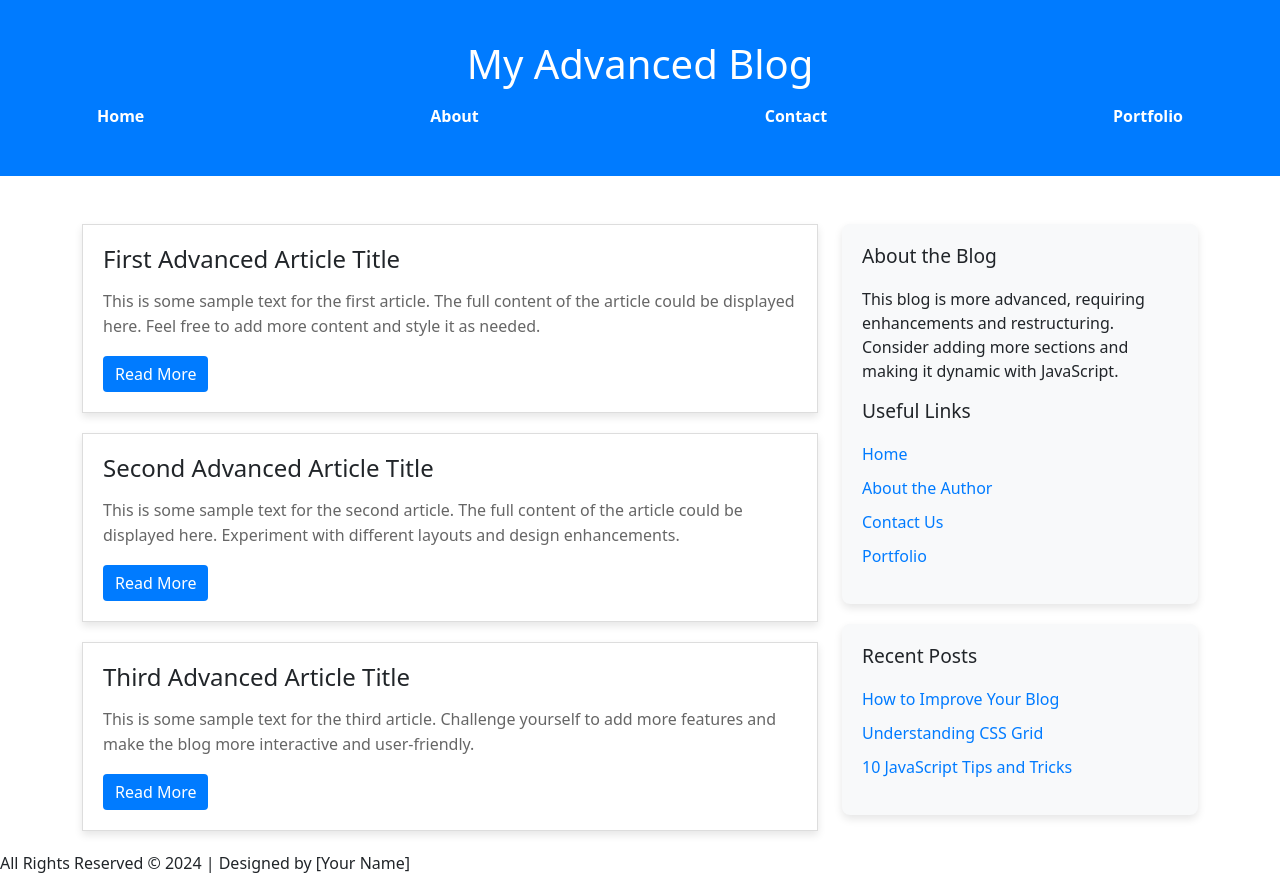
Repository: zeinawady/Blog-Code-Refactoring
Page: index.html
An editor plug-in stored every save of this project. The page is shown before and after the next save, followed by the edit.
The browser window is 1280 px wide. The pictures show the whole page.

Above is the page before, as saved 2024-09-23 14:15:18.

### index.html
<!DOCTYPE html>
<html lang="en">
  <head>
    <meta charset="UTF-8" />
    <meta name="viewport" content="width=device-width, initial-scale=1.0" />
    <title>My Advanced Blog</title>
    <link rel="stylesheet" href="style.css">
    <link
      href="https://cdn.jsdelivr.net/npm/bootstrap@5.1.3/dist/css/bootstrap.min.css"
      rel="stylesheet"
    />

  </head>
  <body>
    <header>
      <h1>My Advanced Blog</h1>
    <nav class="navbar">
      <div class="container">
        <a href="#" >Home</a>
        <a href="#">About</a>
        <a href="#" >Contact</a>
        <a href="#">Portfolio</a>

      </div>

    </nav>

    </header>

    <div class="container mt-5">
      <div class="row">
        <div class="col-lg-8">
          <article>
            <h2>First Advanced Article Title</h2>
            <p>
              This is some sample text for the first article. The full content
              of the article could be displayed here. Feel free to add more
              content and style it as needed.
            </p>
            <button class="btn btn-primary">Read More</button>
          </article>
          <article>
            <h2>Second Advanced Article Title</h2>
            <p>
              This is some sample text for the second article. The full content
              of the article could be displayed here. Experiment with different
              layouts and design enhancements.
            </p>
            <button class="btn btn-primary">Read More</button>
          </article>
          <article>
            <h2>Third Advanced Article Title</h2>
            <p>
              This is some sample text for the third article. Challenge yourself
              to add more features and make the blog more interactive and
              user-friendly.
            </p>
            <button class="btn btn-primary">Read More</button>
          </article>
        </div>
        <div class="col-md-4">
          <aside>
            <h3>About the Blog</h3>
            <p>
              This blog is more advanced, requiring enhancements and
              restructuring. Consider adding more sections and making it dynamic
              with JavaScript.
            </p>
            <h3>Useful Links</h3>
            <ul>
              <li><a href="#">Home</a></li>
              <li><a href="#">About the Author</a></li>
              <li><a href="#">Contact Us</a></li>
              <li><a href="#">Portfolio</a></li>
            </ul>
          </aside>
          <aside>
            <h3>Recent Posts</h3>
            <ul>
              <li><a href="#">How to Improve Your Blog</a></li>
              <li><a href="#">Understanding CSS Grid</a></li>
              <li><a href="#">10 JavaScript Tips and Tricks</a></li>
            </ul>
          </aside>
        </div>
      </div>
    </div>

    <footer>
      <p>All Rights Reserved © 2024 | Designed by [Your Name]</p>
    </footer>

    <script src="https://cdn.jsdelivr.net/npm/bootstrap@5.1.3/dist/js/bootstrap.bundle.min.js"></script>
  </body>
</html>

### style.css
body {
    font-family: Arial, sans-serif;
    background-color: #f4f4f9;
  }
  header {
    background-color: #007bff;
    color: white;
    padding: 40px 0;
    text-align: center;
    position: relative;
  }
  header::after {
    content: "";
    position: absolute;
    bottom: -20px;
    left: 50%;
    transform: translateX(-50%);
    width: 100px;
    height: 5px;
    background-color: white;
  }
  /* nav {
    display: flex;
    justify-content: center;
    margin-top: 20px;
  } */
  nav a {
    color: white;
    margin: 0 15px;
    text-decoration: none;
    font-weight: bold;
  }
  nav a:hover {
    text-decoration: underline;
  }
  article {
    border: 1px solid #ddd;
    margin-bottom: 20px;
    padding: 20px;
    background-color: white;
    box-shadow: 0 4px 8px rgba(0, 0, 0, 0.1);
    transition: transform 0.3s ease, box-shadow 0.3s ease;
  }
 artcile:hover {
    transform: translateY(-5px);
    box-shadow: 0 8px 16px rgba(0, 0, 0, 0.2);
  }
  article h2 {
    font-size: 1.5rem;
    margin-bottom: 15px;
  }
  article p {
    color: #666;
    line-height: 1.6;
  }
  article .btn-primary {
    background-color: #007bff;
    border: none;
  }
  article .btn-primary:hover {
    background-color: #0056b3;
  }
  aside {
    background-color: #f8f9fa;
    padding: 20px;
    border-radius: 8px;
    box-shadow: 0 4px 8px rgba(0, 0, 0, 0.1);
    margin-bottom: 20px;
  }
  aside h3 {
    margin-bottom: 20px;
    font-size: 1.2rem;
  }
  aside ul {
    list-style-type: none;
    padding-left: 0;
  }
  aside ul li {
    margin-bottom: 10px;
  }
  aside ul li a {
    color: #007bff;
    text-decoration: none;
  }
  aside ul li a:hover {
    text-decoration: underline;
  }
  .footer {
    background-color: #343a40;
    color: white;
    text-align: center;
    padding: 20px;
    margin-top: 40px;
  }
  .footer p {
    margin: 0;
  }

After the next save:
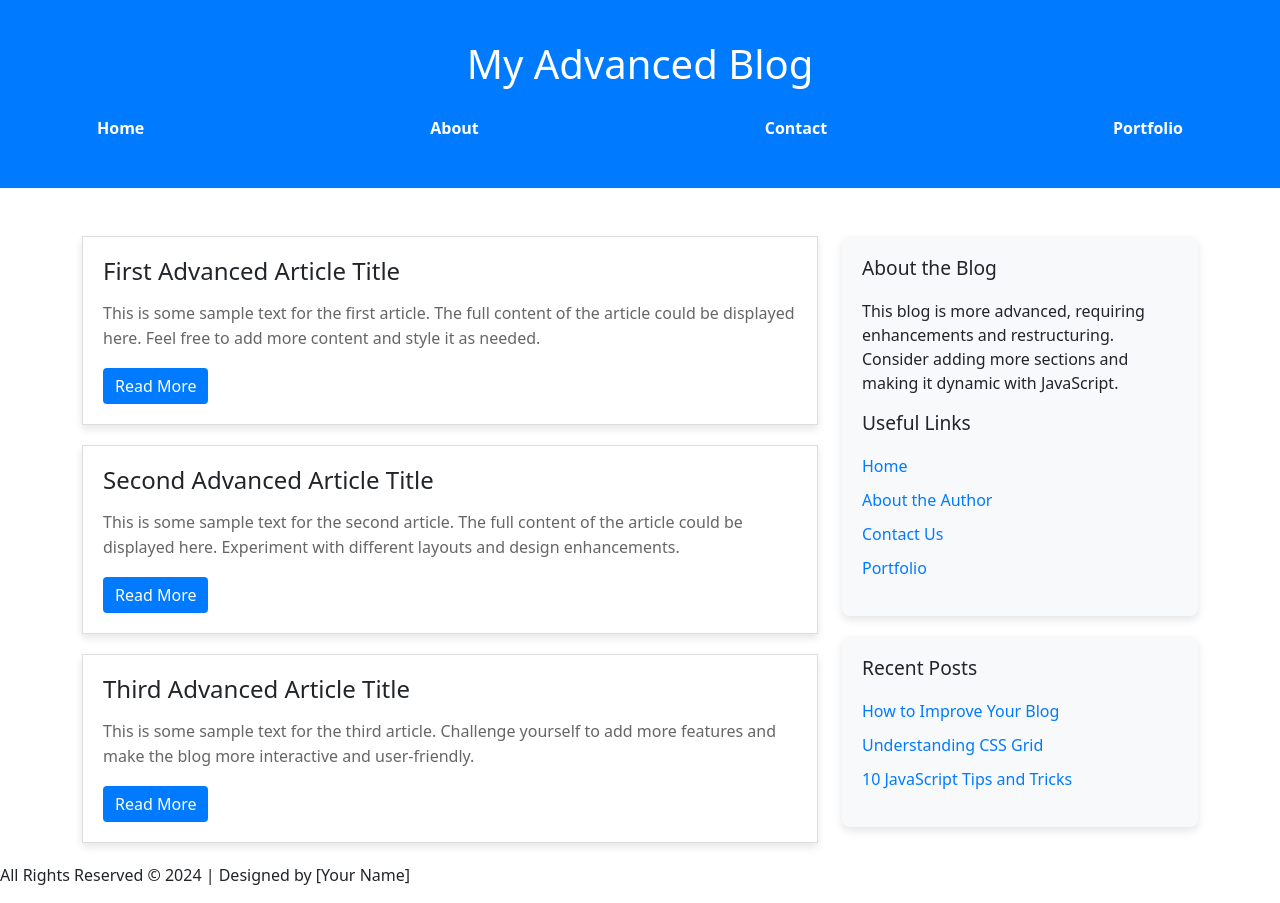
Saved 6 s later.
--- a/style.css
+++ b/style.css
@@ -19,11 +19,11 @@
     height: 5px;
     background-color: white;
   }
-  /* nav {
+  nav {
     display: flex;
     justify-content: center;
     margin-top: 20px;
-  } */
+  }
   nav a {
     color: white;
     margin: 0 15px;

After the 3 saves that followed:
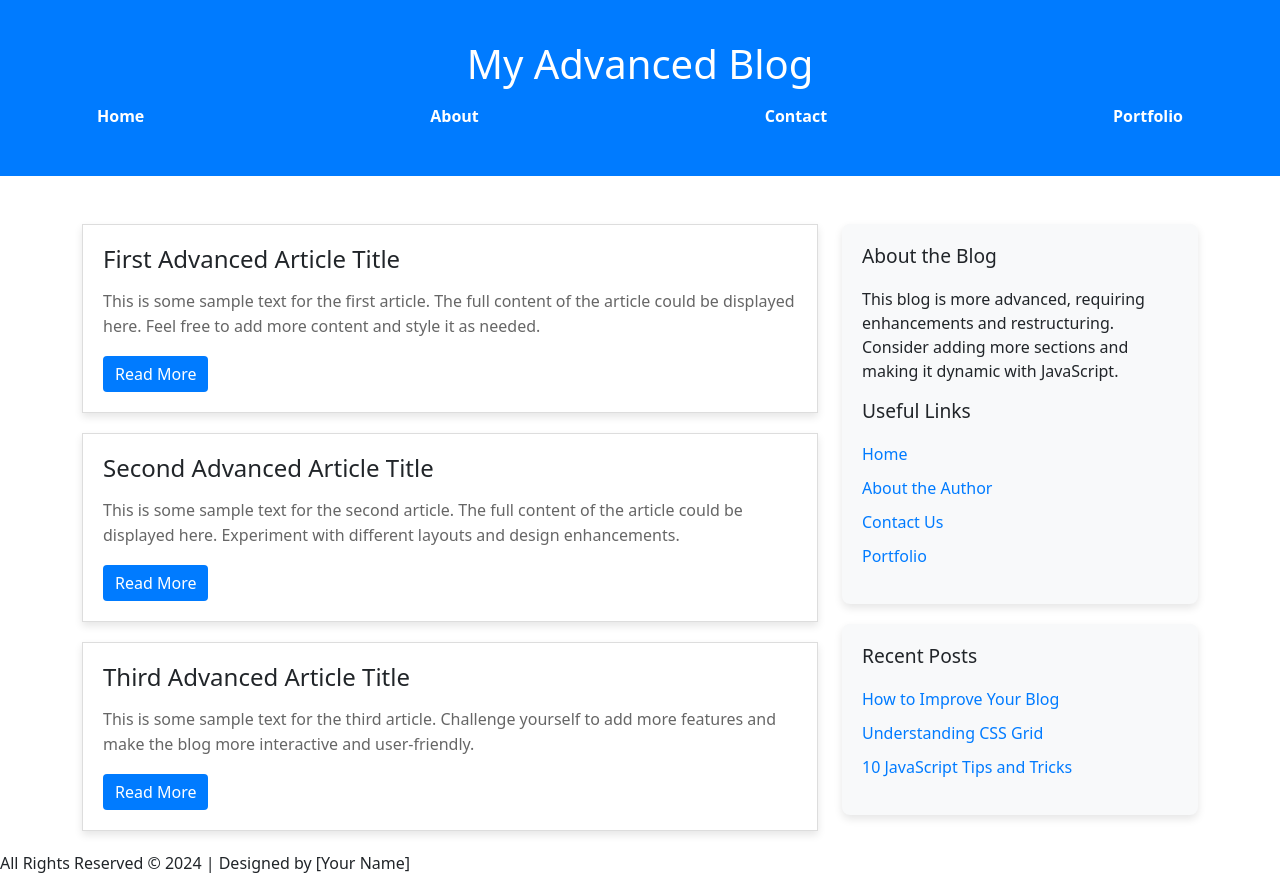
The 3 saves are shown as one change because 1 left the picture as it was and some came seconds apart.
The last was saved 13 s later.
--- a/style.css
+++ b/style.css
@@ -19,11 +19,11 @@
     height: 5px;
     background-color: white;
   }
-  nav {
+  /* .navbar {
     display: flex;
     justify-content: center;
     margin-top: 20px;
-  }
+  } */
   nav a {
     color: white;
     margin: 0 15px;
